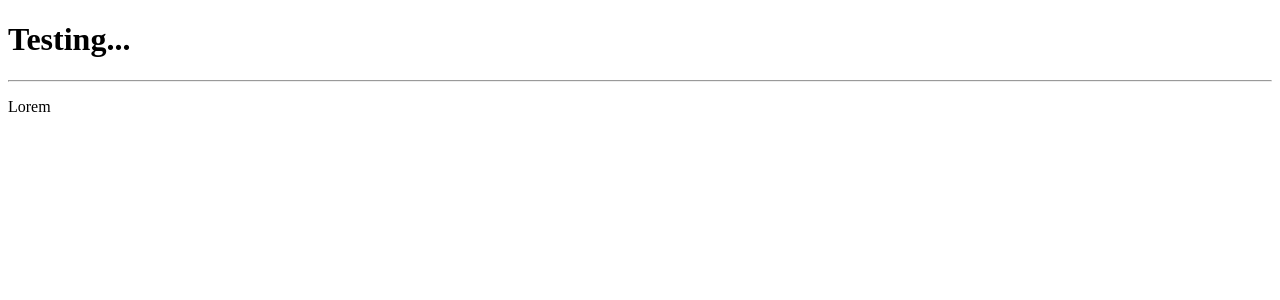
Repository: MarcioFreitasUFSC21/Proejct00
Page: ExampleSite/Assets/index2.html
An editor plug-in stored every save of this project. The page is shown before and after a run of saves, followed by the edit.
The browser window is 1280 px wide. The pictures show the whole page.

Above is the page before, as saved 2023-03-18 16:55:54.

### ExampleSite/Assets/index2.html
<!DOCTYPE html>
<html lang="pt-br">
<head>
    <meta charset="UTF-8">
    <meta http-equiv="X-UA-Compatible" content="IE=edge">
    <meta name="viewport" content="width=device-width, initial-scale=1.0">
    <title>The first page</title>
</head>
<body>
    <h1> Testing... </h1>
    <hr>
    <p> Lorem</p>
</body>
</html>

After the next 3 saves:
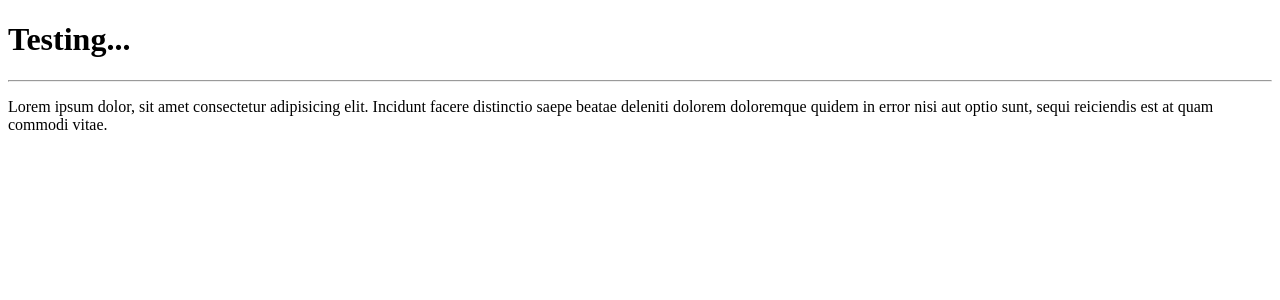
The 3 saves are shown as one change because they came seconds apart.
The last was saved 8 s later.
--- a/ExampleSite/Assets/index2.html
+++ b/ExampleSite/Assets/index2.html
@@ -9,6 +9,6 @@
 <body>
     <h1> Testing... </h1>
     <hr>
-    <p> Lorem</p>
+    <p> Lorem ipsum dolor, sit amet consectetur adipisicing elit. Incidunt facere distinctio saepe beatae deleniti dolorem doloremque quidem in error nisi aut optio sunt, sequi reiciendis est at quam commodi vitae.</p>
 </body>
 </html>
